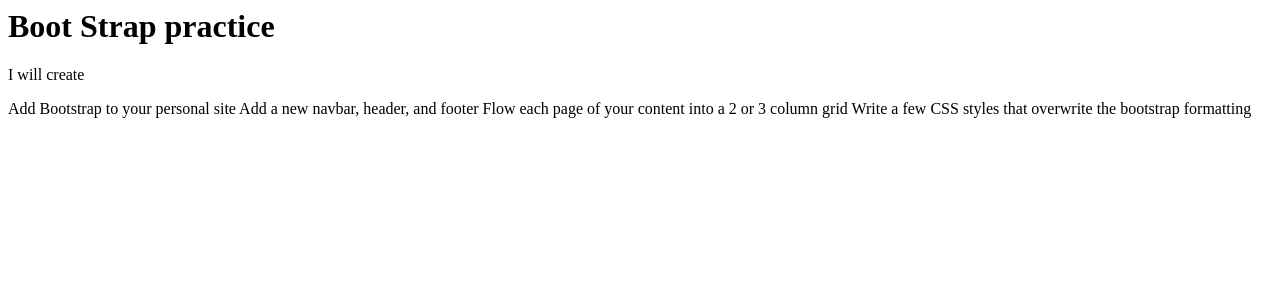
Repository: ayannasampson/bootstrappractice
Page: bs.html
These files come from the project's save history. The page is drawn as it stood at one moment and after the next save; the edit follows.
The browser window is 1280 px wide. The pictures show the whole page.

Above is the page before, as saved 2023-03-20 23:20:43.
Console error: TypeError: Cannot read properties of undefined (reading 'fn')

### bs.html
<html>
    <body>

        <h1>Boot Strap practice</h1>
        <p>I will create </p>
        <ls>
            Add Bootstrap to your personal site</ls>
<ls>Add a new navbar, header, and footer</ls>
<ls></ls>Flow each page of your content into a 2 or 3 column grid</ls>
<ls>Write a few CSS styles that overwrite the bootstrap formatting</ls>
     <script src="https://maxcdn.bootstrapcdn.com/bootstrap/4.0.0/js/bootstrap.min.js"></script>
    </body>

</html>

After the next save:
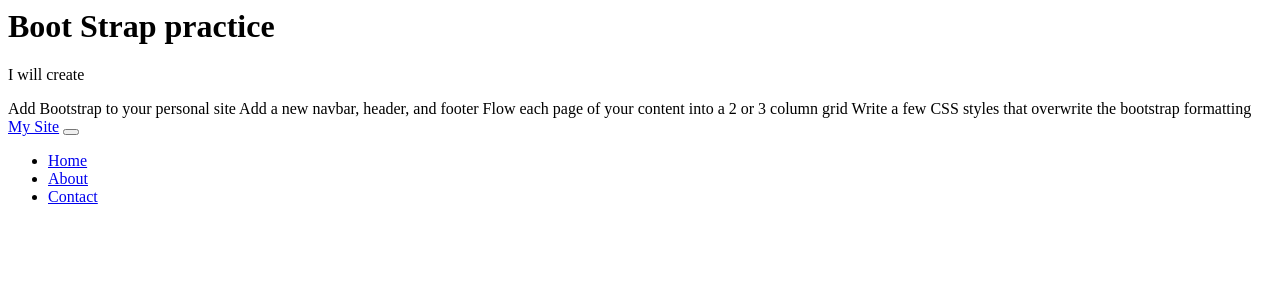
Saved 14 min 48 s later.
--- a/bs.html
+++ b/bs.html
@@ -10,5 +10,25 @@
 <ls>Write a few CSS styles that overwrite the bootstrap formatting</ls>
      <script src="https://maxcdn.bootstrapcdn.com/bootstrap/4.0.0/js/bootstrap.min.js"></script>
     </body>
+    <nav class="navbar navbar-expand-md navbar-dark bg-dark">
+        <a class="navbar-brand" href="#">My Site</a>
+        <button class="navbar-toggler" type="button" data-toggle="collapse" data-target="#navbarNav" aria-controls="navbarNav" aria-expanded="false" aria-label="Toggle navigation">
+          <span class="navbar-toggler-icon"></span>
+        </button>
+        <div class="collapse navbar-collapse" id="navbarNav">
+          <ul class="navbar-nav">
+            <li class="nav-item active">
+              <a class="nav-link" href="#">Home</a>
+            </li>
+            <li class="nav-item">
+              <a class="nav-link" href="#">About</a>
+            </li>
+            <li class="nav-item">
+              <a class="nav-link" href="#">Contact</a>
+            </li>
+          </ul>
+        </div>
+      </nav>
+
 
 </html>
